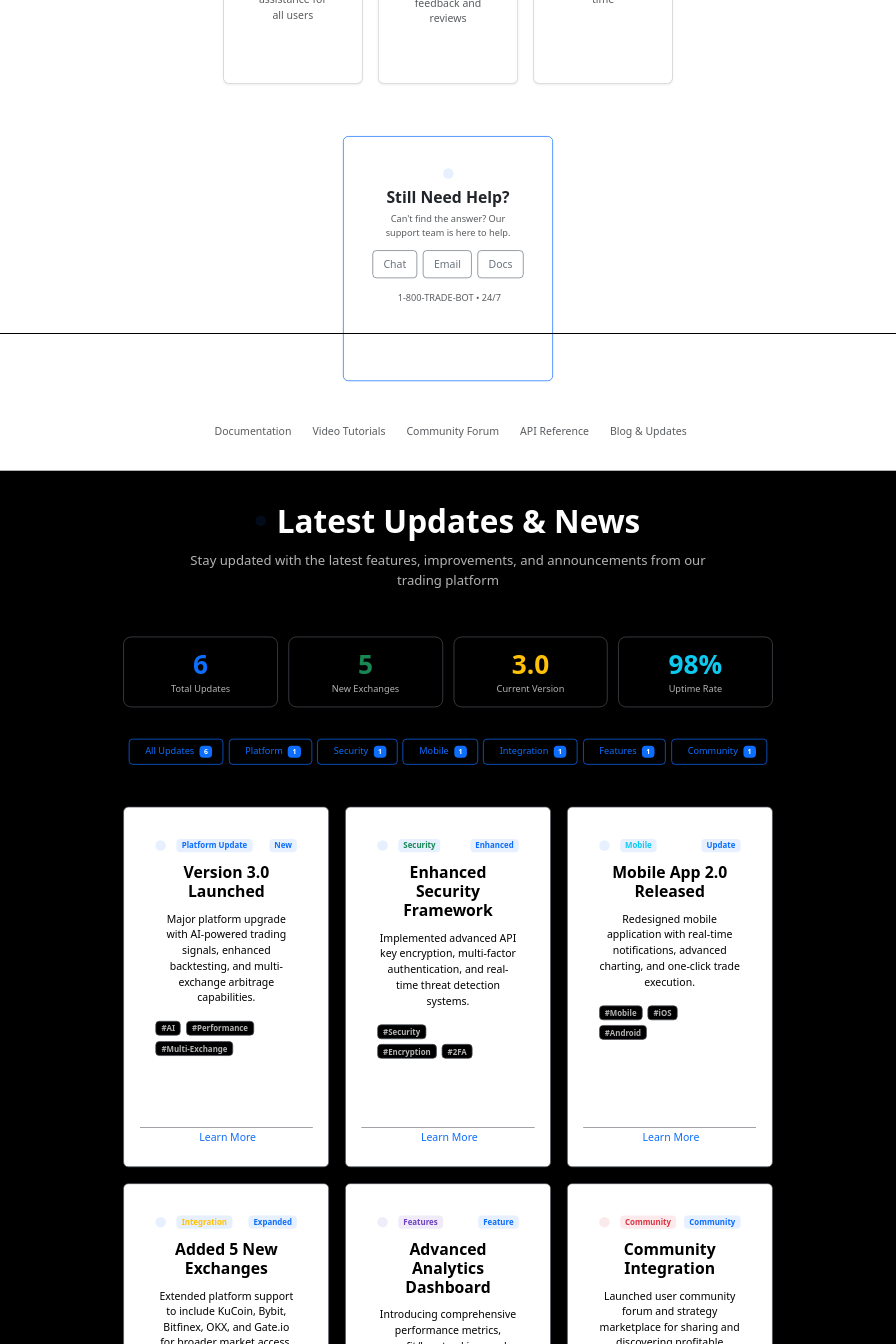
Repository: Kevin-Pro-Codes/halo-trading
Page: /
The author's editor kept a copy of each file at every save. The page is drawn from the files as they stood at one save, then again after the next save.
The browser window is 1280 px wide. The pictures show the part of the page from y = 2428 to 4348 px (the page is 19738 px tall), at 70% of full size.
The page's requests for data from a server got no answer. The project was rebuilt for these pictures with package versions that can differ from the ones it lists, and the page was loaded fresh each time. Some packages were replaced by stand-ins written for this rebuild. No one was signed in, and anything a server would have sent is missing. Also part of the build but not shown: vite.config.js, src/styles/DocStyle.css, src/styles/PricingStyle.css.

Above is the page before, as saved 2025-12-09 19:40:02.

After the next save:
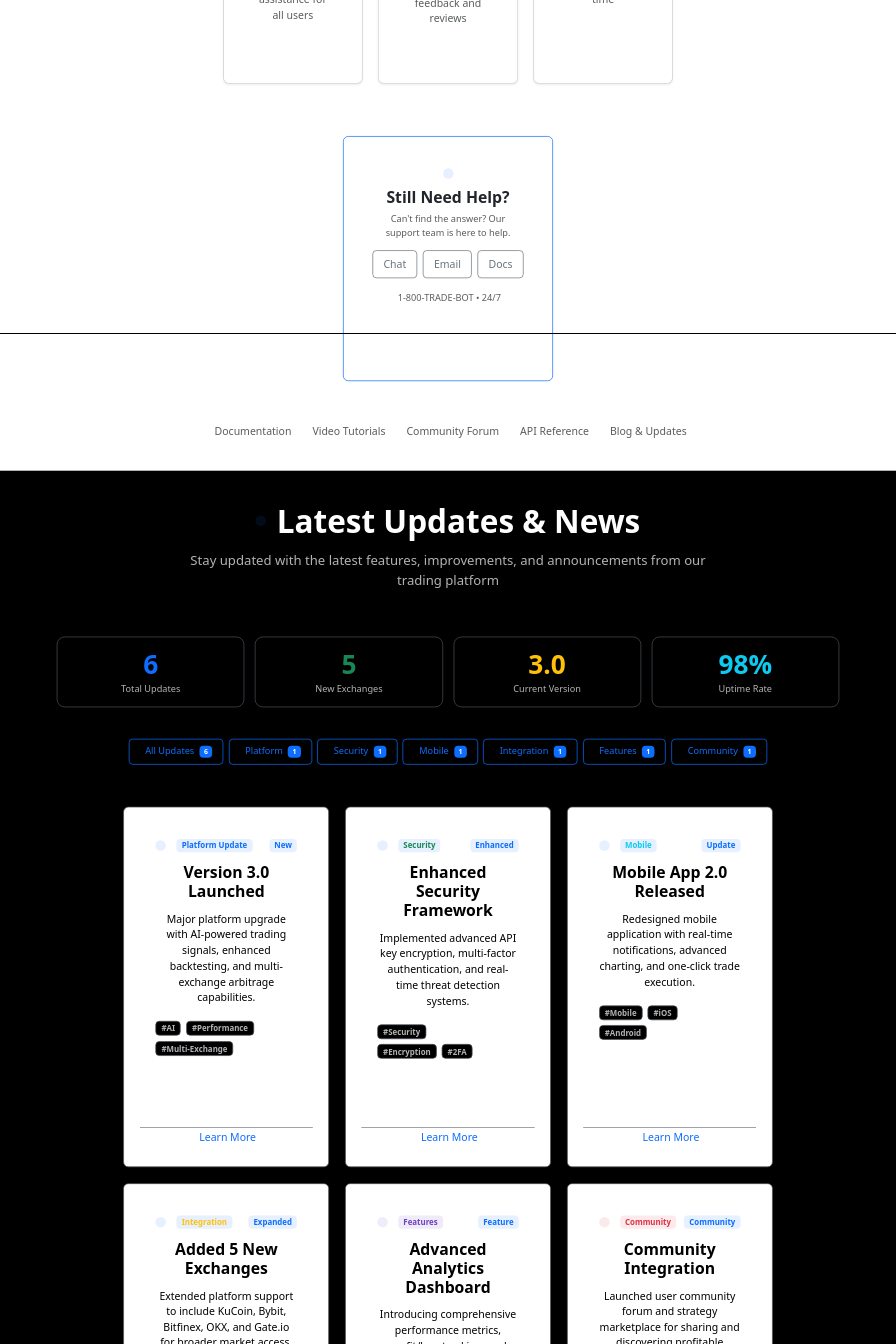
Saved 4 min 31 s later.
--- a/src/components/LatestSection.jsx
+++ b/src/components/LatestSection.jsx
@@ -100,7 +100,7 @@ const LatestSection = () => {
 
         {/* Stats Summary */}
         <div className="row justify-content-center mb-5">
-          <div className="col-lg-10">
+          <div className="col-lg-12">
             <div className="row g-3">
               <div className="col-md-3 col-6">
                 <div className="text-center p-3 bg-dark bg-opacity-50 border border-secondary rounded-3">
